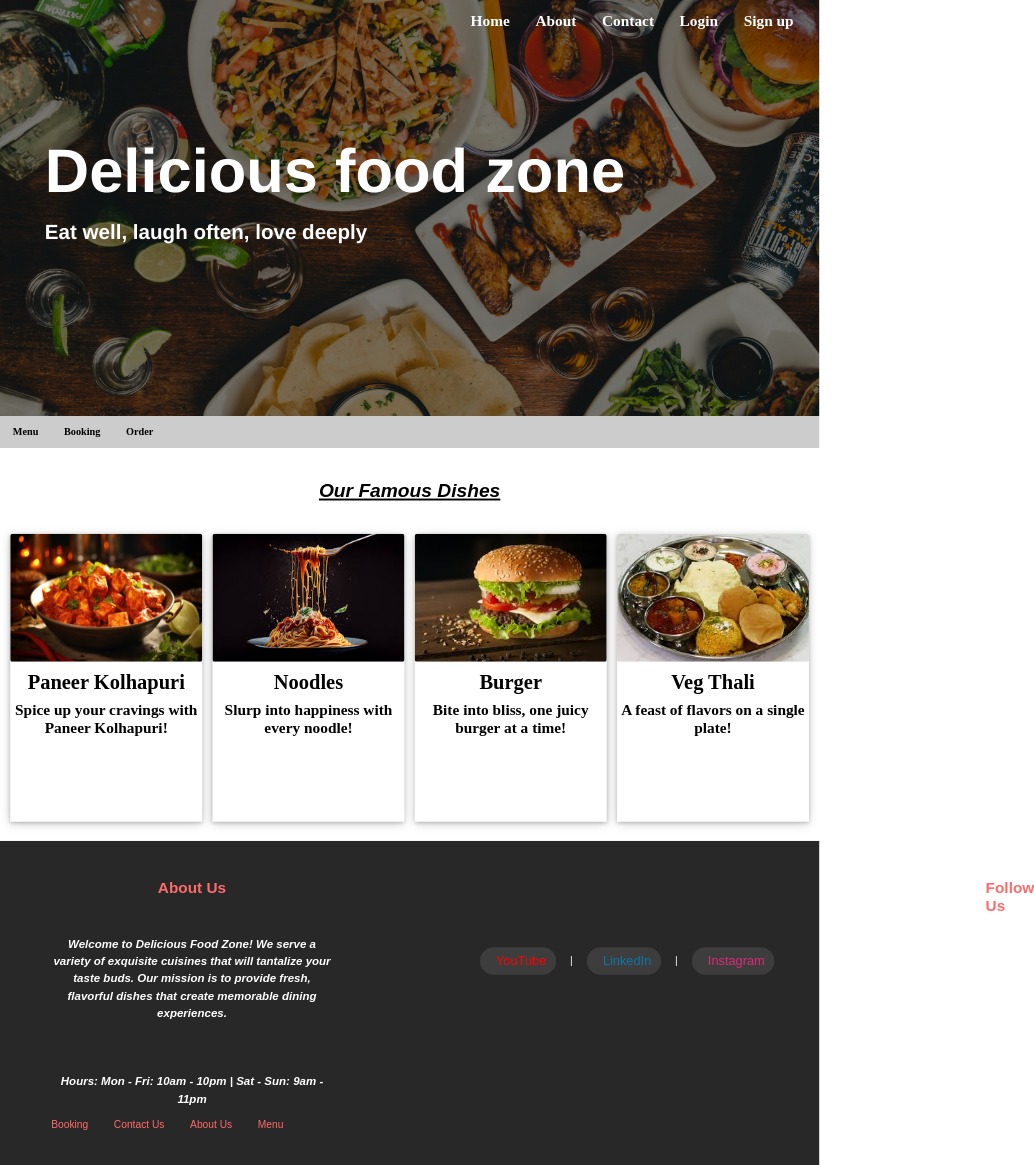
Repository: Shreya-Bonde/Restaurant-management-system
Page: index.html
The author's editor kept a copy of each file at every save. The page is drawn from the files as they stood at one save, then again after the next save.
The browser window is 1280 px wide. The page is 1616 px wide, then 1280 px, so the pictures cover 1616 px, including what lies to the right of the window. The pictures show the whole page, at 64% of full size.

Above is the page before, as saved 2024-10-17 19:09:58.

### index.html
<!DOCTYPE html>
<html lang="en">
<head>
    <meta charset="UTF-8">
    <meta name="viewport" content="width=device-width, initial-scale=1.0">
    <title>Document</title>
    <link rel="stylesheet" href="style.css">
</head>
<body>
    <header>
        <div class="banner-container">
                <nav class="navbar">
                    <ul>
                        <li><a href="#home">Home</a></li>
                        <li><a href="/about.html">About</a></li>
                        <li><a href="/contact.html">Contact</a></li>
                        <li><a href="/login.html">Login</a></li>
                        <li><a href="#">Sign up</a></li>
                    </ul>
                </nav>
                <div class="centered-text">
                    <h1>Delicious food zone</h1>
                    <h6>Eat well, laugh often, love deeply</h6>
                </div>
         </div>
         <div class="nav-bar">
            <nav>
                <a class="menu-btn" href="#">Menu</a>
                <a class="menu-btn" href="#">Booking</a>
                <a class="menu-btn" href="#">Order</a>
            </nav>
         </div>
    </header>
        <p>Our Famous Dishes</p>
        <div class="Flex">
            <div class="flex-item fitem1">
                <img src="paneer kolhapuri.jpg" alt="">
                <h1>Paneer Kolhapuri</h1>
                <h2>Spice up your cravings with Paneer Kolhapuri!</h2>
            </div>
            <div class="flex-item fitem2">
                <img src="noodles1.jpg" alt="">
                <h1>Noodles</h1>
                <h2>Slurp into happiness with every noodle!</h2>
            </div>
            <div class="flex-item fitem3">
                <img src="burger.jpg" alt="">
                <h1>Burger</h1>
                <h2>Bite into bliss, one juicy burger at a time!</h2>
            </div>
            <div class="flex-item fitem4">
                <img src="veg thali.jpg" alt="">
                <h1>Veg Thali</h1>
                <h2>A feast of flavors on a single plate!</h2>
            </div>
        </div>


    <footer class="footer">
        <div class="footer-container">
            <div class="footer-about">
                <h2>About Us</h2>
                <p>
                    Welcome to Delicious Food Zone! We serve a variety of exquisite cuisines that will tantalize your taste buds. Our mission is to provide fresh, flavorful dishes that create memorable dining experiences.
                </p>
                <p>Hours: Mon - Fri: 10am - 10pm | Sat - Sun: 9am - 11pm</p>
            </div>



            <div class="footer-social">
                <h2>Follow Us</h2>
                <div class="social-icons">
                    <a href="https://www.facebook.com/yourrestaurant" target="_blank" aria-label="Facebook"><i class="fab fa-facebook-f"></i></a>
                    <a href="https://twitter.com/yourrestaurant" target="_blank" aria-label="Twitter"><i class="fab fa-twitter"></i></a>
                    <a href="https://www.instagram.com/yourrestaurant" target="_blank" aria-label="Instagram"><i class="fab fa-instagram"></i></a>
                    <a href="https://www.tripadvisor.com/Restaurant_Review-g1234567-d12345678-Your_Restaurant_Name" target="_blank" aria-label="TripAdvisor"><i class="fab fa-tripadvisor"></i></a>
                </div>

                <div class="sm-handle">
                    <a href="http://www.youtube.com/amandhattarwal" target="_blank" class="yt_handle"
                     rel="noopener noreferrer"> <i class="fa fa-youtube fa-lg yt_handle"></i>YouTube</a>&nbsp;&nbsp;|&nbsp;&nbsp;
                <a href="http://www.linkedin.com/in/dhatterwalaman" target="_blank" class="linkedin_handle"
                rel="noopener noreferrer"> <i class="fa fa-linkedin fa-lg linkedin_handle"></i>LinkedIn</a>&nbsp;&nbsp;|&nbsp;&nbsp;
                <a href="http://www.instagram.com/dhattarwalaman" target="_blank" class="insta_handle"
                 rel="noopener noreferrer"> <i class="fa fa-instagram fa-lg insta_handle"></i>Instagram</a>

                </div>
            </div>

            <div class="footer-links">
                <a href="menu.html">Menu</a>
                 <a href="about.html">About Us</a>
                 <a href="contact.html">Contact Us</a>
                 <a href="reservations.html">Booking</a>
            </div>
        </div>


        <!-- <div class="footer-bottom">
            <p>&copy; 2024 Delicious Food Zone. All rights reserved.</p>
        </div> -->
    </footer>

</body>
</html>

### style.css
* {
    box-sizing: border-box;
    margin: 0;
    padding: 0;
}
.banner-container {
    background-image: url(background1.jpg);
    background-repeat: no-repeat;
    background-size: cover;
    position: relative;
    width: 100%;
    height: 650px;
}
.navbar {
    position: absolute;
    top: 0;
    right: 0;
    padding: 20px;
}
.centered-text {
    position: absolute;
    top: 30%;
    left: 70px;
    color: white;
    line-height: 1.5;
    font-weight: bold;
    font-size: 3rem;
    font-family: 'Franklin Gothic Medium', 'Arial Narrow', Arial, sans-serif;
}
h6 {
    justify-content: center;
    margin-bottom: 20px;
}
nav ul {
    list-style-type: none;
    margin: 0;
    padding: 0;
    display: flex;
    justify-content: right;
    font-size: 1.5rem;
}
nav ul li {
    margin: 0 20px;
}
nav ul li a {
    color: white;
    text-decoration: none;
    font-weight: bold;
}
nav ul li a:hover {
    text-decoration: underline;
}
.nav-bar {
    display: flex;
    background-color: #ccc;
    height: 50px;
    background-attachment: fixed;
}
.menu-btn {
    display: block;
    float: left;
    color: black;
    text-align: center;
    text-decoration: none;
    padding: 15px 20px;
    position: sticky;
    font-weight: bold;
}
.menu-btn:hover {
    background-color: #ddd;
    color: black;
}
.Flex {
    width: 100%;
    display: flex;
    flex-wrap: wrap;
    box-sizing: gray;
    align-items: center;
    justify-content: space-evenly;
}
.flex-item {
    box-shadow: 0 2px 6px 0 rgba(0,0,0,0.2), 0 4px 16px 0 rgba(0,0,0,0.2);
    margin: 0;
    padding: 0;
}
.flex-item img {
 width: 100%;
 object-fit: fill;
}
.flex-item {
    margin-top: 20px;
    margin-bottom: 30px;
    display: inline-block;
    background-color: white;
    width: 300px;
    height: 450px;
    text-align: center;
}
.flex-item:hover {
    transform: scale(1.05);
}
img {
    width: 100%;
    height: 200px;
    object-fit: fill;
    border-radius: 4px;
}
p {
    text-align: center;
    font-size: 30px;
    font-weight: bold;
    font-style: oblique;
    font-family: Arial, Helvetica, sans-serif;
    padding: 50px 20px 30px;
    text-decoration: underline;
}
.flex-item h2 {
    line-height: 1.2;
}
.flex-item h1 {
    padding-top: 10px;
    padding-bottom: 10px;
}

footer {
    background-color: #282828;
    color: #fff;
    padding: 40px 20px;
    text-align: center;
    font-family: 'Arial', sans-serif;
}

.footer-container {
    display: flex;
    position: relative;
    justify-content: space-between;
    flex-wrap: wrap;
    max-width: 1200px;
    margin: 0 auto;
    padding: 20px;
}

.footer-about,
.footer-links,
.footer-social {
    flex: 1;
    min-width: 250px;
}

.footer-about h2,
.footer-links h2,
.footer-social h2 {
    color: #ff6b6b;
    margin-bottom: 10px;
}

.footer-about p {
    text-decoration: none;
    line-height: 1.5;
    font-size: 18px;
    margin: 0;
}
.footer-links {
    position: absolute;
    bottom: 0;
    left: 0;
    margin-top: 0px; /* Add some space above the links */
    padding-left: 20px;
}

.footer-links a {
    display: inline-block;
    float: right;
    color: white;
    text-align: center;
    text-decoration: none;
    padding: 15px 20px;
    position: sticky;
    color: #ff6b6b;
    text-decoration: none;
    transition: color 0.3s ease;
}

.footer-links a:hover {
    color: #fff;
}
/* .footer-links a { */
    /* display: inline-block; */
    /* margin-right: 10px; Spacing between the links */
    /* text-decoration: none; */
    /* color: #333; You can change the color if needed */
/* } */

/* .footer-links a:hover { */
    /* color: #007BFF; Hover effect on links */
/* } */
.footer-social {
    margin-left: 200px; /* Adjust this value to shift further or less */
}
.footer-social .social-icons {
    display: flex;
    justify-content: center;
    margin-top: 10px;
}
.footer-social h2 {
    margin-bottom: 35px;
    margin-left: 800px; /* Adjust this value to control the shift */
}
.footer-social .social-icons a {
    color: #ff6b6b;
    margin-left: 10px;
    font-size: 24px;
    transition: color 0.3s ease;
}

.footer-social .social-icons a:hover {
    color: #fff;
}
.sm-handle {
    display: flex;          /* Use flexbox to align items horizontally */
    flex-wrap: nowrap;      /* Prevent items from wrapping to the next line */
    justify-content: space-between; /* Add space between items */
    align-items: center;    /* Center them vertically */
    margin-top: 10px;       /* Add some space above the sm-handle */
}
.sm-handle a {
    background-color: rgb(125 125 125 / 25%);
    padding: 10px 15px;
    border-radius: 30px;
    margin: 5px 10px;
    text-decoration: none;
    font-size: 1.25em;
}

.sm-handle a:hover {
    background-color: rgb(30 30 30 / 25%);
}

.sm-handle a i {
    margin: 5px;
}
.yt_handle {
    color: #FF0000;
}

  .linkedin_handle {
    color: #0e76a8;
}

.insta_handle {
    color: #dd2a7b;
}

.footer-bottom {
    margin-top: 20px;
    font-size: 10px;
    color: #ccc;
}

After the next save:
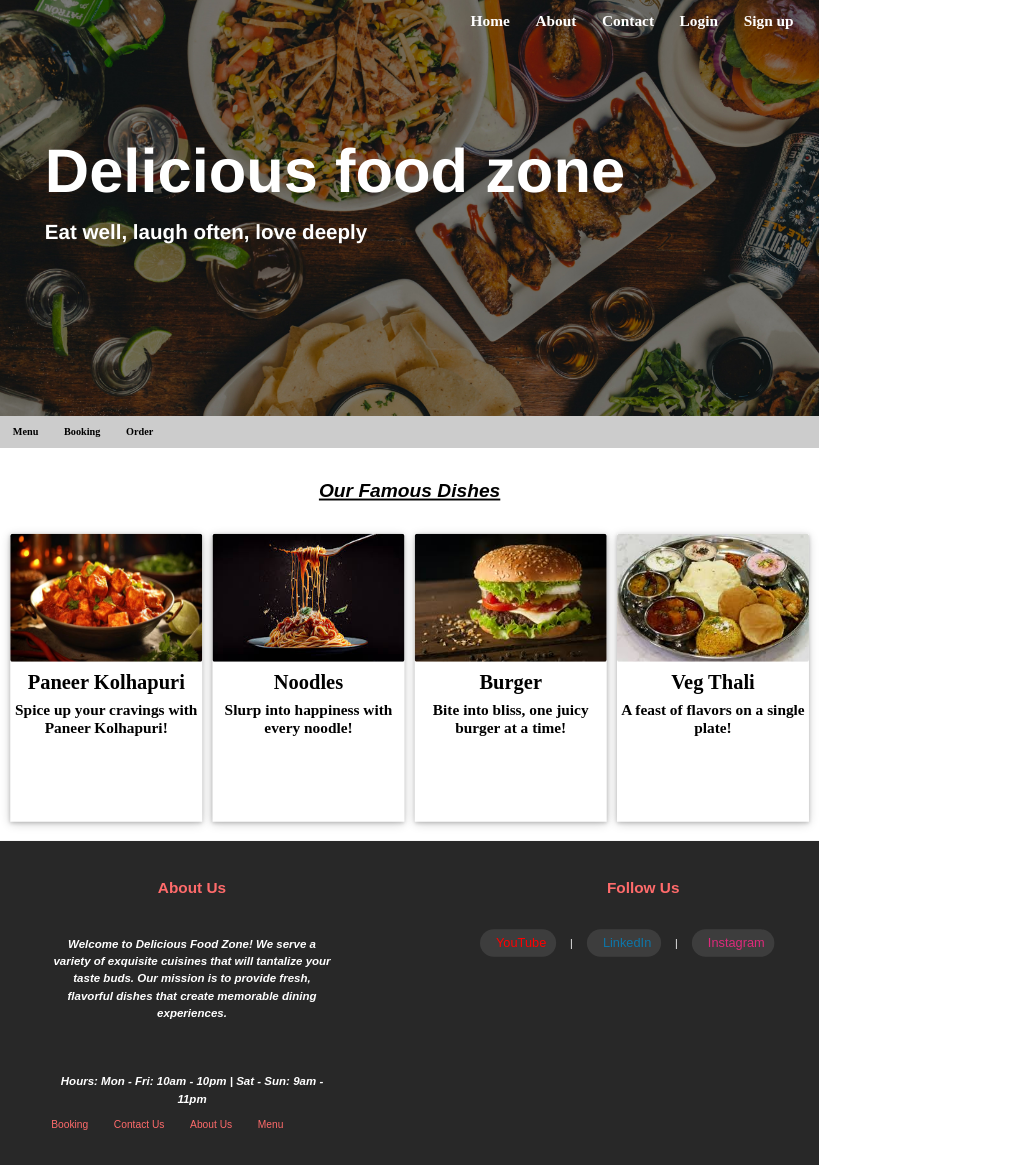
Saved 9 s later.
--- a/style.css
+++ b/style.css
@@ -204,7 +204,7 @@ footer {
 }
 .footer-social h2 {
     margin-bottom: 35px;
-    margin-left: 800px; /* Adjust this value to control the shift */
+    margin-left: 50px; /* Adjust this value to control the shift */
 }
 .footer-social .social-icons a {
     color: #ff6b6b;
